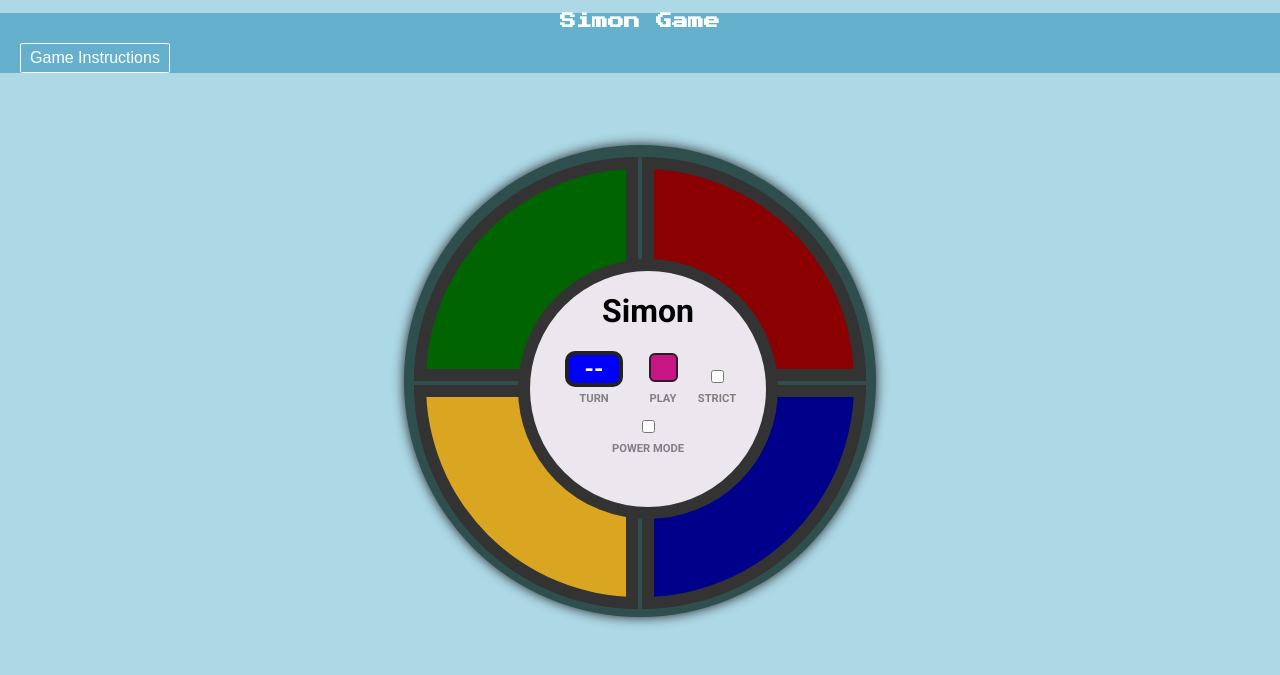
Repository: bbarbara19/memorygame
Page: index.html
The author's editor kept a record of every edit. The page is drawn from the files as they stood at one moment, then again after the next edit.
The browser window is 1280 px wide. The pictures show the whole page.

Above is the page before.

After the next edit:
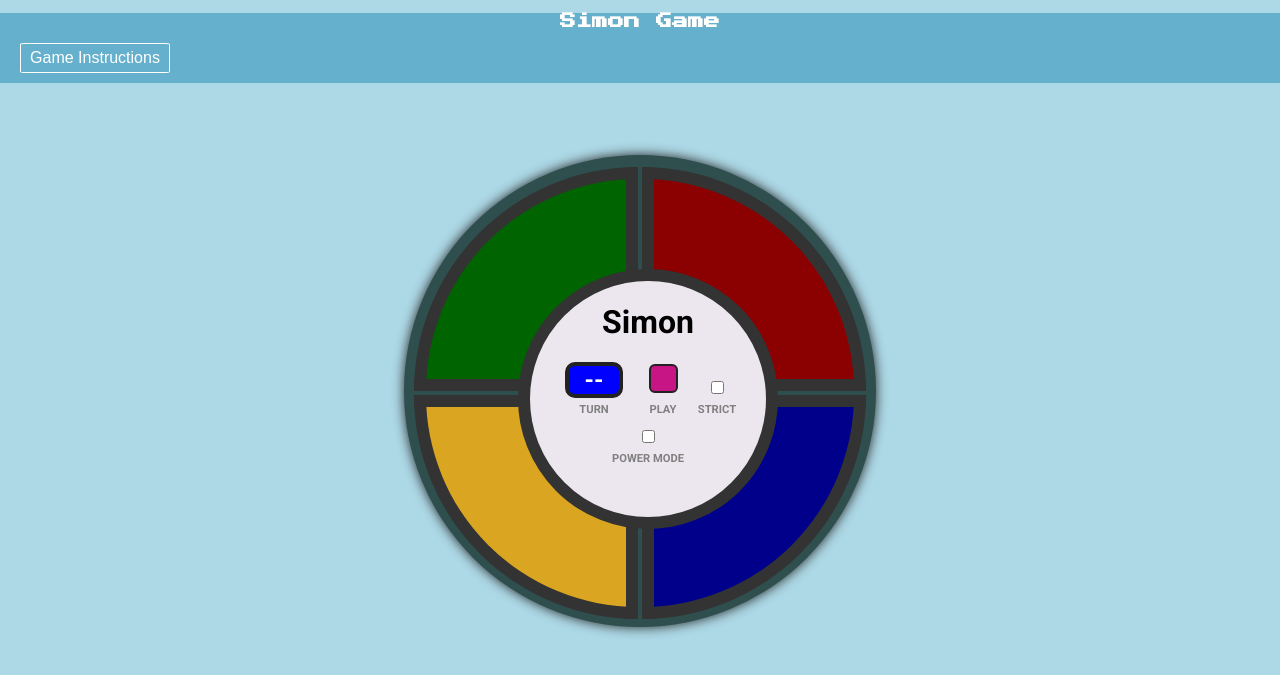
The edit:
--- a/style.css
+++ b/style.css
@@ -30,6 +30,7 @@
   margin:0;
   padding:0;
   width:100%;
+  height:70px;
   background-color:#65b0cc;
 }
 
